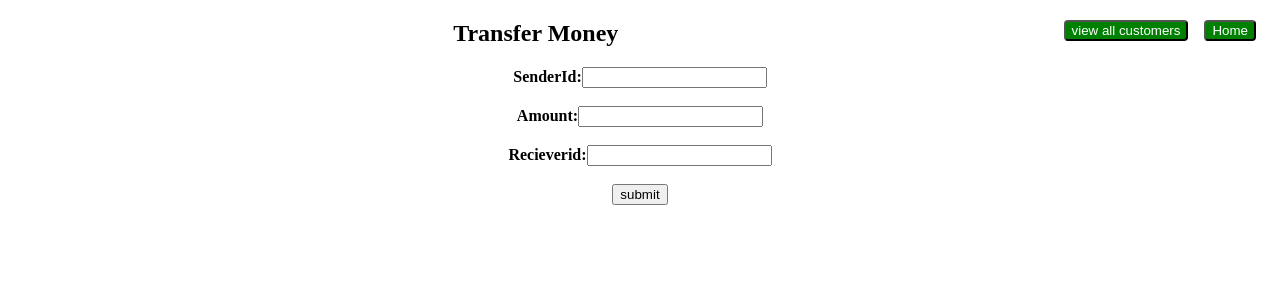
Repository: BarnalaManognaram/sparxintern
Page: sparx_internship/sparx/src/main/webapp/transfer.html
These files come from the project's save history. The page is drawn as it stood at one moment and after the next save; the edit follows.
The browser window is 1280 px wide. The pictures show the whole page.

Above is the page before, as saved 2021-09-19 16:15:16.

### sparx_internship/sparx/src/main/webapp/transfer.html
<!DOCTYPE html>
<html>
<head>
<meta charset="ISO-8859-1">
<title>transfer</title>
<link rel="stylesheet" href="home.css">
</head>
<body>
<a href="home.html"><button class="button1">Home</button></a>
<a href="Customer.java"><button class="button1">view all customers</button></a>
  <center>
   <h2>Transfer Money</h2>
    <b>SenderId:</b><input type="text" name="sid" /><br><br>
    <b>Amount:</b><input type="text" name="tm"/><br><br>
    <b>Recieverid:</b><input type="text" name="rid"/><br><br>
    <input type="button" value="submit"/><br><br>
  </center>
</body>
</html>

### sparx_internship/sparx/src/main/webapp/home.css
@charset "ISO-8859-1";
.button{
	background-color:green;
	color: white;
	border-radius: 8px;
		margin-left:690px;
}
.button1{
	background-color:green;
	color: white;
	border-radius: 4px;
	float: right;
	margin-right:16px;
}
.heading{
	color:green;
}
.bottom{
	background-color:skyblue;
	border-radius: 8px;

}

.table {
  font-family: arial, sans-serif;
  border-collapse: collapse;
  width: 100%;
}

.td {
  border: 1px solid #dddddd;
  text-align: left;
  padding: 8px;
}


.tr:nth-child(even) {
  background-color: #dddddd;
}

After the next save:
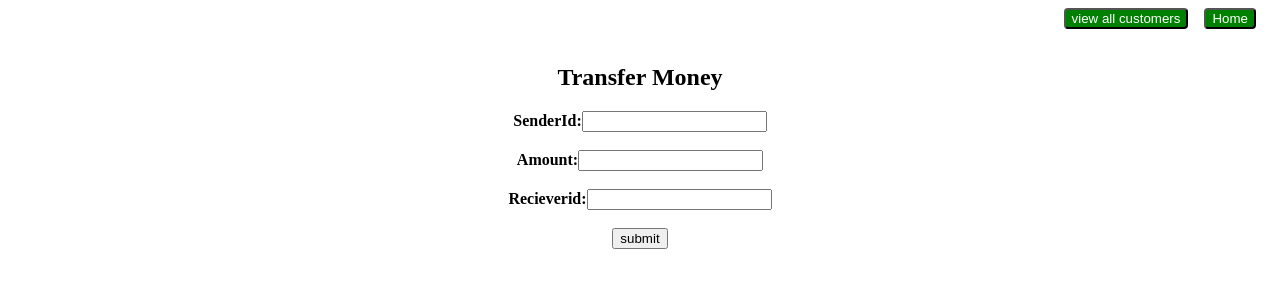
Saved 21 s later.
--- a/sparx_internship/sparx/src/main/webapp/transfer.html
+++ b/sparx_internship/sparx/src/main/webapp/transfer.html
@@ -7,7 +7,7 @@
 </head>
 <body>
 <a href="home.html"><button class="button1">Home</button></a>
-<a href="Customer.java"><button class="button1">view all customers</button></a>
+<a href="Customer.java"><button class="button1">view all customers</button></a><br><br>
   <center>
    <h2>Transfer Money</h2>
     <b>SenderId:</b><input type="text" name="sid" /><br><br>
